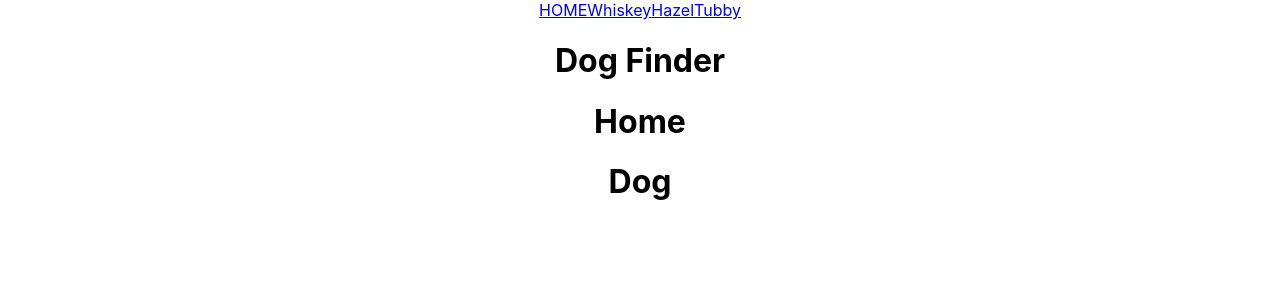
Repository: johnmutina/dog-finder
Page: /
The author's editor kept a copy of each file at every save. The page is drawn from the files as they stood at one save, then again after the next save.
The browser window is 1280 px wide. The pictures show the whole page.
The project was rebuilt for these pictures with package versions that can differ from the ones it lists, and the page was loaded fresh each time.

Above is the page before, as saved 2019-07-28 11:41:46.

After the next save:
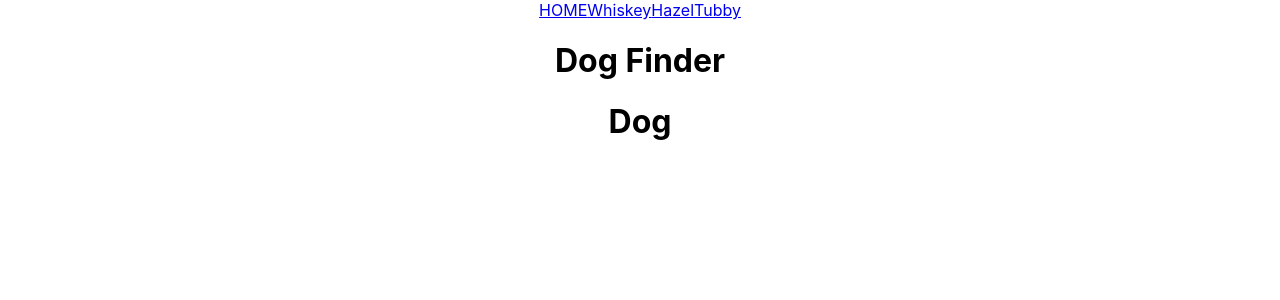
Saved 6 s later.
--- a/src/DogFinder.js
+++ b/src/DogFinder.js
@@ -5,7 +5,6 @@ class DogFinder extends Component {
   render() {
     return (
       <div>
-        <h1>Home</h1>
         <Dog />
       </div>
     );
